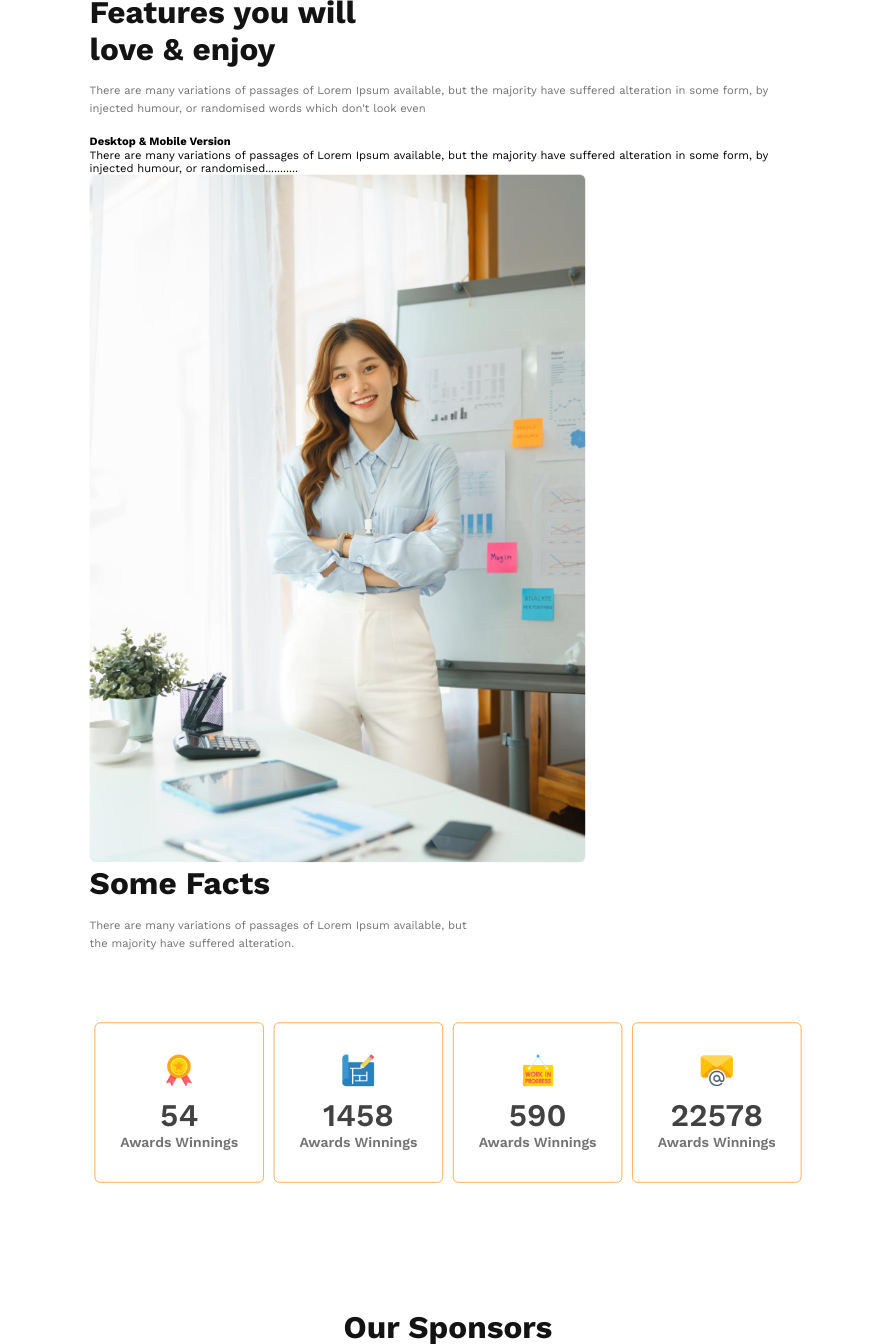
Repository: ShouravAhammed/G3-architects-webpage
Page: index.html
An editor plug-in stored every save of this project. The page is shown before and after the next save, followed by the edit.
The browser window is 1280 px wide. The pictures show the part of the page from y = 1751 to 3671 px (the page is 4095 px tall before and 4266 px after), at 70% of full size.

Above is the page before, as saved 2024-01-13 17:11:54.

### index.html
<!DOCTYPE html>
<html lang="en">
<head>
    <meta charset="UTF-8">
    <meta name="viewport" content="width=device-width, initial-scale=1.0">
    <title>G3 Architects</title>
    <link rel="stylesheet" href="styles/style.css">
</head>
<body>
    <!-- header part -->
    <header id="header">
        <div class="container">
            <nav class="navigation">
                <h3 class="website-logo">G3 Architects</h3>
                <ul class="nav">
                    <li><a href="">Home</a></li>
                    <li><a href="">About</a></li>
                    <li><a href="">Contact</a></li>
                    <li><a href="">Login</a></li>
                </ul>
            </nav>
            <section id="banner">
                <div class="banner-content">
                    <h3 class="banner-title">Brand New <br>Group of Architects</h3>
                    <p class="banner-description">There are many variations of passages of Lorem Ipsum available, but the majority have suffered alteration in some form, by injected humour, or randomised words which don't look even</p>
                    <button class="primary-btn">Explore More</button>
                </div>
                <img src="images/banner.png" alt="">
            </section>
        </div>
    </header>
    <!-- main part -->
    <main>
        <!-- team section part -->
        <section id="team">
            <div class="container">
                <div class="team-content">
                    <div class="team-img">
                        <img src="images/team1.png" alt="team1-img">
                        <img src="images/team2.png" alt="team2-img">
                        <img src="images/team3.png" alt="team3-img">
                        <img src="images/team4.png" alt="team4-img">
                    </div>
                    <div class="team-text">
                        <h3 class="primary-title"> <span id="gray-font">Quick list </span>of Our <span id="yellow-font">Features</span></h3>
                        <p class="primary-description">There are many variations of passages of Lorem Ipsum available, but the majority have suffered alteration in some form, by injected humour, or randomised words which don't look even</p>
                        <button class="primary-btn">Explore More</button>
                    </div>
                </div>
            </div>
        </section>
        <!-- feature section part -->
        <section id="feature">
            <div class="container">
                <div class="feature-container">
                    <div class="feature-content">
                        <h3 class="primary-title">Features you will<br> love & enjoy</h3>
                        <p class="primary-description">There are many variations of passages of Lorem Ipsum available, but the majority have suffered alteration in some form, by injected humour, or randomised words which don't look even</p>
                        <div class="feature-content-text">
                            <h4>Desktop & Mobile Version</h4>
                            <p>There are many variations of passages of Lorem Ipsum available, but the majority have suffered alteration in some form, by injected humour, or randomised...........</p>
                        </div>
                    </div>
                    <div class="feature-img">
                        <img src="images/architect.png" alt="Feature-img">
                    </div>
                </div>
            </div>
        </section>
        <!-- some-facts section part  -->
        <section id="some-facts">
            <div class="container">
                <div class="some-facts-container">
                    <div class="some-facts-text-content">
                        <h3 class="primary-title">Some Facts</h3>
                    <p class="primary-description">There are many variations of passages of Lorem Ipsum available, but the majority have suffered alteration.</p>
                    </div>
                    <div class="some-facts-card-content">
                        <div class="some-facts-card">
                            <img src="images/icons/ribon.png" alt="">
                            <h3 class="card-number">54</h3>
                            <p class="card-description">Awards Winnings</p>
                        </div>
                        <div class="some-facts-card">
                            <img src="images/icons/projects.png" alt="">
                            <h3 class="card-number">1458</h3>
                            <p class="card-description">Awards Winnings</p>
                        </div>
                        <div class="some-facts-card">
                            <img src="images/icons/customers.png" alt="">
                            <h3 class="card-number">590</h3>
                            <p class="card-description">Awards Winnings</p>
                        </div>
                        <div class="some-facts-card">
                            <img src="images/icons/email.png" alt="">
                            <h3 class="card-number">22578</h3>
                            <p class="card-description">Awards Winnings</p>
                        </div>
                    </div>
                </div>
            </div>
        </section>
        <!-- sponsors section part  -->
        <section id="sponsors">
            <div class="container">
                <div class="sponsors-container">
                    <div class="sponsors-text-content">
                        <h3 class="primary-title">Our Sponsors</h3>
                        <p class="primary-description">There are many variations of passages of Lorem Ipsum available, but the majority have suffered alteration.</p>
                    </div>
                    <div class="sponsors-img">
                        <img src="images/sponsors/spotify.png" alt="spotify-img">
                        <img src="images/sponsors/amazon.png" alt="amazon-img">
                        <img src="images/sponsors/google.png" alt="google-img">
                        <img src="images/sponsors/telerama.png" alt="telerama-img">
                        <img src="images/sponsors/figma.png" alt="figma-img">
                    </div>
                </div>
            </div>
        </section>
    </main>
    <!-- footer part  -->
    <footer id="footer">
        <div class="container">
            <div class="footer-content">
                <p class="footer-description">All rights reserved copyright@2023 startup landing page design</p>
            </div>
        </div>
    </footer>
</body>
</html>

### styles/style.css
/* G3 Architects website fonts from google fonts */
@import url('https://fonts.googleapis.com/css2?family=Work+Sans:ital,wght@0,100;0,200;0,300;0,400;0,500;0,600;0,700;0,800;0,900;1,100;1,200;1,300;1,400;1,500;1,600;1,700;1,800;1,900&display=swap');

/* all body measuring */
*{
    margin: 0;
    padding: 0;
    outline: 0;
    box-sizing: border-box;
    font-family: 'Work Sans', sans-serif;
}

/* container */
.container{
    width: 80%;
    margin: 0 auto;
}

/* Primary button */
.primary-btn{
    color: #FFF;
    font-size: 20px;
    font-weight: 600;
    padding: 18px 23px;
    border-radius: 8px;
    background: #FF900E;
    border: 1px solid #FF900E;
    cursor: pointer;
    transition: all ease 0.5s;
}
.primary-btn:hover{
    background: #fff;
    color: #FF900E;
}
/* Header part css style */
#header{
    background: rgba(255, 144, 14, 0.10);
    padding: 50px 0px;
}
.navigation{
    display: flex;
    justify-content: space-between;
    align-items: center;
}
.website-logo{
    color: #131313;
    font-size: 2.8rem;
    font-weight: 700;
    line-height: normal;
}
.navigation > .nav{
    display: flex;
    gap: 30px;
}
.nav li{
    list-style: none;
}
.nav li a{
    color: #424242;
    font-size: 18px;
    font-weight: 500;
    line-height: 26px;
    text-decoration: none;
    transition: all ease 0.3s;
}
/* Navigation css hover style  */
.nav li a:hover{
    color: #FF900E;
}
/* banner section css style start */
#banner{

}
#banner .banner-content{
    max-width: 862px;
    margin: 100px auto 50px auto;
    text-align: center;
}
.banner-content .banner-title{
    color: #131313;
    font-size: 4rem;
    font-weight: 700;
}
.banner-content .banner-description{
    color: #727272;
    font-size: 16px;
    font-weight: 400;
    line-height: 26px;
    margin: 30px 0;
}
#banner img{
    width: 100%;
}
/* banner section css style end */
/* team section css style start */
#team{
    margin-top: 50px;
    margin-bottom: 100px;
}
.team-content{
    display: flex;
    justify-content: space-around;
    align-items: center;
}
.team-content .team-img{
    display: grid;
    grid-template-columns: repeat(2, 1fr);
    gap: 24px;
    width: 45%;
}
.team-content .team-img img{
    width: 100%;
}
.team-content .team-text{
    width: 49%;
}
.primary-title{
    color: #131313;
    font-size: 45px;
    font-weight: 700;
}
#gray-font{
    color: #727272;
    font-weight: 500;
}
#yellow-font{
    color: #FF900E;
}
.primary-description{
    color: #727272;
    font-size: 16px;
    font-weight: 400;
    line-height: 26px;
    margin-top: 20px;
    margin-bottom: 24px;
}
/* some-facts section css style */
.some-facts-container{

}
.some-facts-text-content{
    width: 542px;
}
.some-facts-card-content{
    display: flex;
    justify-content: space-around;
    align-items: center;
    margin-top: 100px;
}
.some-facts-card-content .some-facts-card{
    padding: 45px 36px 45px 36px;
    border-radius: 8px;
    border: 1px solid #FF900E;
    text-align: center;
}
.some-facts-card img{
    width: 46px;
    height: 46px;
}
.some-facts-card .card-number{
    color: #424242;
    font-size: 45px;
    font-weight: 600;
    margin-top: 10px;
}
.some-facts-card .card-description{
    color: #727272;
    font-size: 20px;
    font-weight: 600;
}

/* Sponsors section css style */
#sponsors{
    margin-top: 180px;
    margin-bottom: 130px;
}
.sponsors-container{
    text-align: center;
}
.sponsors-text-content{
    width: 542px;
    margin: 0 auto;
}
.sponsors-img{
    display: flex;
    justify-content: space-between;
    align-items: center;
    margin-top: 50px;
}
.sponsors-img img{
    width: 150px;
    filter: grayscale(1);
    transition: all ease 0.5s;
}
.sponsors-img img:hover{
    filter: none;
    transform: scale(1.08);
    cursor: pointer;
}



/* footer part css style */
#footer{
    margin-bottom: 20px;
}
.footer-content{
    background: #FFF4E7;
    border-radius: 8px;
    text-align: center;
}
.footer-content .footer-description{
    color: #424242;
    font-size: 20px;
    font-weight: 400;
    padding: 38px 0px;
}




/* mobile device */
@media only screen and (max-width: 576px){
    .navigation{
        flex-direction: column;
    }
    #banner .banner-content {
        max-width: 100%;
        margin: 50px auto 50px auto;
    }



    .team-content{
        flex-direction: column;
    }
    .team-content .team-img{
        grid-template-columns: repeat(2, 1fr);
        gap: 24px;
        width: 100%;
    }
    .team-content .team-text{
        width: 100%;
        margin-top: 30px;
    }




    .some-facts-text-content {
        width: 100%;
    }
    .some-facts-card-content {
        margin-top: 50px;
        flex-direction: column;
        gap: 24px;
    }



    #sponsors {
        margin-top: 90px;
        margin-bottom: 90px;
    }
    .sponsors-text-content {
        width: 100%;
    }
    .sponsors-img {
        flex-direction: column;
        gap: 24px;
    }
    .sponsors-img img {
        width: 50%;
    }


    .footer-content .footer-description{
        padding: 38px 10px;
    }
}

/* tablet device */
@media only screen and (min-width: 577px) and (max-width: 992px){
    .navigation{
        flex-direction: column;
    }
    #banner .banner-content {
        max-width: 100%;
        margin: 80px auto 50px auto;
    }


    .team-content{
        flex-direction: column-reverse;
    }
    .team-content .team-img{
        grid-template-columns: repeat(2, 1fr);
        gap: 24px;
        width: 100%;
    }
    .team-content .team-text{
        width: 100%;
        margin-bottom: 30px;
    }


    .some-facts-text-content {
        width: 100%;
    }
    .some-facts-card-content {
        margin-top: 50px;
        flex-direction: row;
        gap: 24px;
        flex-wrap: wrap;
    }



    #sponsors {
        margin-top: 90px;
        margin-bottom: 90px;
    }
    .sponsors-text-content {
        width: 100%;
    }
    .sponsors-img {
        flex-direction: row;
        justify-content: space-evenly;
        flex-wrap: wrap;
        column-gap: 60px;
        row-gap: 20px;
    }


    .footer-content .footer-description{
        padding: 38px 10px;
    }
}

After the next save:
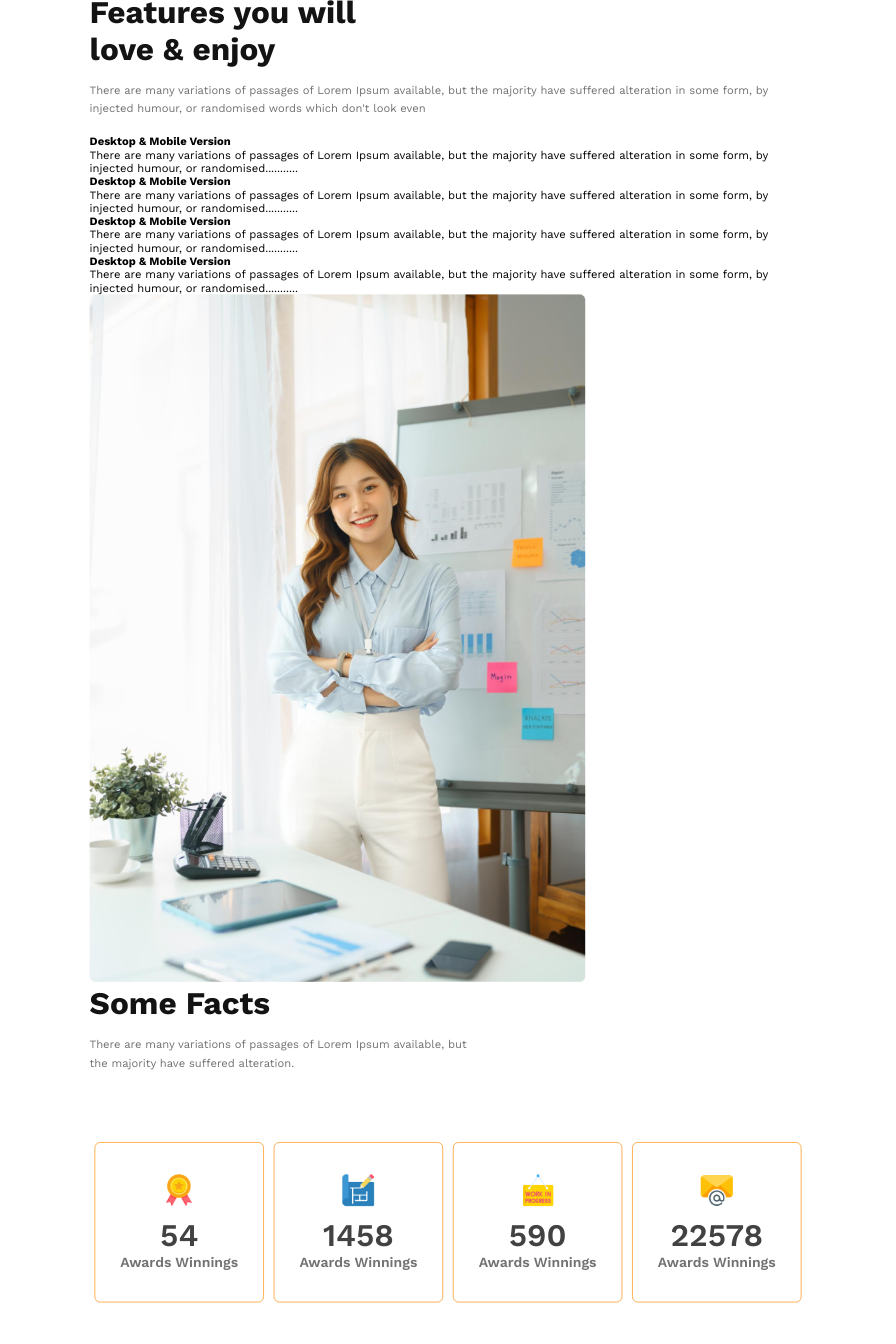
Saved 29 s later.
--- a/index.html
+++ b/index.html
@@ -56,6 +56,18 @@
                     <div class="feature-content">
                         <h3 class="primary-title">Features you will<br> love & enjoy</h3>
                         <p class="primary-description">There are many variations of passages of Lorem Ipsum available, but the majority have suffered alteration in some form, by injected humour, or randomised words which don't look even</p>
+                        <div class="feature-content-text">
+                            <h4>Desktop & Mobile Version</h4>
+                            <p>There are many variations of passages of Lorem Ipsum available, but the majority have suffered alteration in some form, by injected humour, or randomised...........</p>
+                        </div>
+                        <div class="feature-content-text">
+                            <h4>Desktop & Mobile Version</h4>
+                            <p>There are many variations of passages of Lorem Ipsum available, but the majority have suffered alteration in some form, by injected humour, or randomised...........</p>
+                        </div>
+                        <div class="feature-content-text">
+                            <h4>Desktop & Mobile Version</h4>
+                            <p>There are many variations of passages of Lorem Ipsum available, but the majority have suffered alteration in some form, by injected humour, or randomised...........</p>
+                        </div>
                         <div class="feature-content-text">
                             <h4>Desktop & Mobile Version</h4>
                             <p>There are many variations of passages of Lorem Ipsum available, but the majority have suffered alteration in some form, by injected humour, or randomised...........</p>
